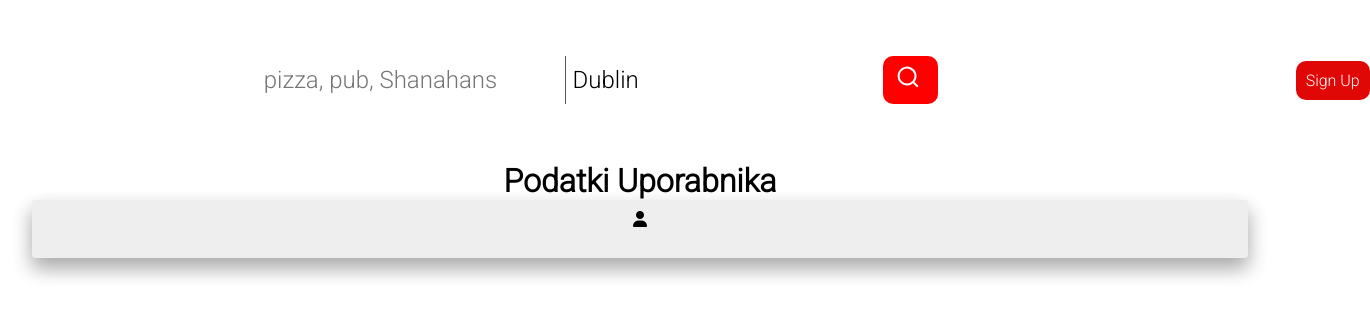
Repository: DomenJ2003/project1
Page: /user
The author's editor kept a copy of each file at every save. The page is drawn from the files as they stood at one save, then again after the next save.
The browser window is 1280 px wide. The page is 1370 px wide, so the pictures cover 1370 px, including what lies to the right of the window. The pictures show the whole page.
The page's requests for data from a server got no answer. Some web libraries are served in a nearby version. The project was rebuilt for these pictures with package versions that can differ from the ones it lists, and the page was loaded fresh each time. No one was signed in, and anything a server would have sent is missing. Also part of the build but not shown: vite.config.js, src/Components/Sections/HeroSection.css, src/Components/Sections/HeroSection.jsx, src/Components/Sections/HomePageContent.css, src/Components/Sections/HomePageContent.jsx, src/Components/Pages/HomePage.jsx, src/Components/Pages/HelpPage.jsx, src/Components/Pages/UserPage.css.

Above is the page before, as saved 2022-08-20 21:52:32.

### index.html
<!DOCTYPE html>
<html lang="en">
  <head>
    <meta charset="UTF-8" />
    <link rel="icon" type="image/svg+xml" href="/vite.svg" />
    <meta name="viewport" content="width=device-width, initial-scale=1.0" />
    <title>Poletna Šola</title>
    <script src="https://kit.fontawesome.com/76f3e76781.js" crossorigin="anonymous"></script>
  </head>
  <body>
    <div id="root"></div>
    <script type="module" src="/src/main.jsx"></script>
  </body>
</html>

### src/main.jsx
import React from 'react'
import ReactDOM from 'react-dom/client'
import HomePage from './Components/Pages/HomePage'
import App from './App'
import './index.css'

ReactDOM.createRoot(document.getElementById('root')).render(
  <>
    <App/>
    {/* <HomePage /> */}
  </>
)

### src/App.jsx
import { useState } from 'react'
import './App.css'
import Navbar  from './Components/Sections/Navbar'
import {
  BrowserRouter,
  Routes,
  Route,
} from "react-router-dom";
import HomePage from './Components/Pages/HomePage';
import HelpPage from './Components/Pages/HelpPage';
import UserPage from './Components/Pages/UserPage';

function App() {

  return(
    <>
    <BrowserRouter>
    <Navbar/>
    <Routes>
      <Route path="/" element={<HomePage />} />
      <Route path="/help" element={<HelpPage/>} />
      <Route path="/user" element={<UserPage/>} />
    </Routes>
  </BrowserRouter>
    </>
  )

}

export default App

### src/Components/Sections/Navbar.jsx
import { useState } from 'react'
import './navbar.css'
import Button from '../General/Button'
import Dropdown from '../General/Dropodown'
import Searchbar from '../General/Serchbar';


function Navbar() {

  return (

    <div className="navbar">
        <div className="logo">
            <img src="./logo.svg" alt="" />
        </div>
        <div className="findbarlinks">
            <Searchbar />
            <div className="links">
                <Dropdown name="Restaurants" links={['Delivery', 'Reservations', 'Burgers', 'Japanese', 'Chinese', 'Mexican', 'Italian', 'Thai']} />
                <Dropdown name="Home Services" links={['Contractors', 'Landscaping', 'Electricians', 'Locksmiths', 'Home Cleaners', 'Movers', 'HVAC', 'Plumbers']} />
                <Dropdown name="Auto Services" links={['Auto Repair', 'Car Dealers', 'Auto Detailing', 'Oil Change', 'Body Shops', 'Parking', 'Car Wash', 'Towing']} />
                <Dropdown name="More" links={['Dry Cleaning', 'Hair Salons', 'Phone Repair', 'Gyms', 'Bars', 'Massage', 'Nightlife', 'Shopping']} />
            </div>
        </div>
        <div className="buttons">
            <Button text="For Businesses" classtype="btn"/>
            <Button text="Write a Review" classtype="btn"/>
            <Button text="Log In" classtype="LogInBtn"/>
            <Button text="Sign Up" classtype="SignUpBtn"/>
        </div>

    </div>

  );
}

export default Navbar

### src/helper/api.js
import axios from "axios";

const API_URL = 'https://random-data-api.com/api'

async function getUsers (){
    const res = await axios.get(`${API_URL}/users/random_user?size=50`);
    return res.data;
}

async function getUser (){
    const res = await axios.get(`${API_URL}/users/random_user`);
    return res.data;
}

export {getUsers, getUser};

### src/Components/Pages/UserPage.jsx
import { useState, useEffect } from "react";
import "./UserPage.css";
import { getUser } from "../../helper/api";
import Card from "../General/Card";
import { useLocation } from "react-router-dom";

function UserPage(props) {
  //const [user, setUser] = useState({});
  const { state } = useLocation();
  const [cardData, setCardData] = useState({});

  const getData = async () => {
    const data = await getUser();
    setCardData({
      image: data.avatar,
      header: `${data.first_name} ${data.last_name}`,
      date: data.date_of_birth,
    });
  };

  useEffect(() => {
    try {
      setCardData({
        image: state.user.avatar,
        header: `${state.user.first_name} ${state.user.last_name}`,
        date: state.user.date_of_birth,
      });
    } catch (e) {
      getData();
    }
  }, []);

  return (
    <>
      <h1>Podatki Uporabnika</h1>
      <div className="cardContainer">
        <Card
          key={1}
          image={cardData.image}
          header={cardData.header}
          date={cardData.date}
          onClickFunction={() => {}}
        />
      </div>
    </>
  );
}

export default UserPage;

### src/Components/Sections/navbar.css
.navbar{
    /* position: fixed; */
    width: 100%;
    height: 130px;
    padding: 24px 40px 0;
    display: flex;
    flex-direction: row;
    justify-content: space-between;

}

.findbarlinks{
    margin-left: 5%;
    width: 60%;
    margin-bottom: 10px;

}

.links{
    height: 58px;
    display: flex;
    flex-direction: row;
    align-items: center;
    justify-content: start;
}

.arrow{
    padding-top: 3px;
}

span{
    white-space: nowrap;
}

.buttons{
    height: 48px;
    width: 30%;
    display: flex;
    flex-direction: row;
    align-items: center;
    justify-content: start;
}



/* .hero-nav-section{
    height: 70vh;
    background: linear-gradient(90deg, rgba(0, 0, 0, 0.4) 0%, rgba(0, 0, 0, 0.1) 55%), url('../../../public/background.jpg');
    background-position: center;
    background-size: cover;
} */

### src/Components/General/Button.jsx
import { useState } from 'react'
import './Button.css'

function Button(props) {


  return (
    <button className={props.classtype}>
        {props.text}
    </button>
  )
}

export default Button

### src/Components/General/Dropodown.jsx
import { useState } from 'react'
import './dropdown.css'

function Dropdown(props) {

    var links = []

    for(const link in props.links){

        links.push(<a className='dropdown-link' href="#" key={link}>{props.links[link]}</a>)
    }


  return (
    <div className="dropdown">
                <div className="link">
                    <span>
                        {props.name}
                    </span>
                    <span>
                        <svg width={24} height={24} className="arrow">
                            <path d="M12 15.25a1 1 0 01-.7-.29l-4.58-4.5A1.011 1.011 0 018.12 9L12 12.85 15.88 9a1 1 0 111.4 1.42L12.7 15a1 1 0 01-.7.25z"></path>
                        </svg>
                    </span>
                </div>
                <div className="dropdown-content">
                    {links}
                </div>
        </div>
  )
}

export default Dropdown

### src/Components/General/Serchbar.jsx
import { useState } from 'react'
import './Searchbar.css'

function Searchbar(props) {



  return (
    <form>
                <div className="findbar">
                    <div className="search">
                        <input type="text" className='input-text'  placeholder='pizza, pub, Shanahans' />
                    </div>
                    <div className="line">
                        </div>
                    <div className="city">

                    <input type="text" className='input-city' defaultValue='Dublin' />
                    </div>
                    <button className="find">
                    <svg width={30} height={30} className="search-icon">
                            <path d="M21.853 20.355l-3.444-3.443a9.428 9.428 0 10-16.761-6.171 9.428 9.428 0 0015.348 7.586l3.443 3.442a1 1 0 101.414-1.414zM5.82 16.245a7.429 7.429 0 115.253 2.175 7.38 7.38 0 01-5.253-2.176z"></path>
                        </svg>
                    </button>

                </div>
            </form>
  )
}

export default Searchbar

### src/Components/General/Card.jsx
import { useState } from "react";
import "./Card.css";

function Card(props) {
  return (
    <div className="card-container" onClick={props.onClickFunction}>
      <div className="card-header">
        <span className="card-title">
          <i className="fa-solid fa-user"></i>
          {"  "}
          {props.header}
        </span>
        <br />
        <span>{props.date}</span>
      </div>
      <div className="card-content">
        {props.content}
        <img src={props.image} className="card-image" />
      </div>
    </div>
  );
}

export default Card;

### src/Components/General/Button.css
.btn{
    background-color: transparent;
    border: none;
    color: white;
    padding: 15px 32px;
    text-align: center;
    text-decoration: none;
    display: inline-block;
    font-size: 16px;
    padding: 5px;
    white-space: nowrap;
    margin-right: 20px;
}

.btn:hover{
    border-radius: 10px;
    background-color: rgba(255, 255, 255, 0.5);
}

.SignUpBtn{
    background-color: rgba(224,7,7,1);;
    border: none;
    color: white;
    padding: 15px 32px;
    text-align: center;
    text-decoration: none;
    display: inline-block;
    font-size: 16px;
    padding: 10px;
    white-space: nowrap;
    border-radius: 10px;
    margin-right: 20px;
}

.SignUpBtn:hover{

    background-color: rgb(244,13,21);
}

.LogInBtn{
    background-color: transparent;
    border: 2px solid white;
    color: white;
    padding: 15px 32px;
    text-align: center;
    text-decoration: none;
    display: inline-block;
    font-size: 16px;
    padding: 10px;
    border-radius: 5px;
    white-space: nowrap;
    margin-right: 20px;
}

.LogInBtn:hover{
    background-color: rgba(255, 255, 255, 0.5);
}

### src/Components/General/dropdown.css

.link{
    height: 20px;
    color: #fff;
    fill: #fff;
    margin-left: 20px;
    padding: 0 30px;
    padding-bottom: 20px;
    display: flex;
    flex-direction: row;
    align-items: center;
    cursor: pointer;
    border-bottom: 2px solid transparent;
}

.link:hover{
    border-bottom: 2px solid red;
}

/* drop down */

.dropdown {
    position: relative;
    display: inline-block;
  }

  /* Dropdown Content (Hidden by Default) */
  .dropdown-content {
    display: none;
    position: absolute;
    background-color: #f9f9f9;
    min-width: 160px;
    box-shadow: 0px 8px 16px 0px rgba(0,0,0,0.2);
    z-index: 1;
    margin-left: 20px;
    border-top-right-radius: 15px;
    border-bottom-right-radius: 15px;
    border-bottom-left-radius: 15px;
    padding: 10px;

  }

  .dropdown-content a:nth-child(2){
    border-top-right-radius: 15px;

  }

  .dropdown-content a:last-child{
    border-bottom-right-radius: 15px;

  }

  .dropdown-content a:nth-last-child(2){
    border-bottom-left-radius: 15px;

  }



  /* Links inside the dropdown */
  .dropdown-content a {
    color: black;
    padding: 12px 16px;
    text-decoration: none;
    display: block;
    white-space: nowrap;
  }



  .dropdown-content a:hover {
    background-color: rgba(0,0,0,0.2);
    border-radius: 15px;
  }

  .dropdown:hover .dropdown-content {
    display: grid;
    grid-template-columns: 1fr 1fr;
    gap: 5px;
  }

  .dropdown:hover .dropbtn {
    background-color: #3e8e41;
  }

### src/Components/General/Searchbar.css
.input-text{
    height: 100%;
    width: 100%;
    font-size: 24px;
    padding: 5px;
    border-top-left-radius: 5px;
    border-bottom-left-radius: 5px;
    border: 2px solid #fff;
}

.input-city{
    height: 100%;
    width: 100%;
    font-size: 24px;
    padding: 5px;
    border-top-right-radius: 5px;
    border-bottom-right-radius: 5px;
    border: 2px solid #fff;
}

input:focus{
    outline: none;
}

.find:focus{
    outline: none;
}

.line{
    width: 1px;
    background-color:#565656;
}

.search-icon{
    color: #fff;
    fill: #fff;
}
.findbar{

    height: 48px;
    display: flex;
    flex-direction: row;
}


.find{
    background-color: red;
    width: 56px;
    height: 48px;
    color: #fff;
    display: flex;
    align-items: center;
    justify-content: center;
    border-radius: 10px;
    margin-left: 10px;
    border: none;
}

.search{
    width: calc(50% - 28px);
    height: 48px;

}

.city{
    width: calc(50% - 28px);
    height: 48px;

}

### src/Components/General/Card.css
.card-container{
    display: flex;
    border-radius: 3px;
    flex-direction: column;
    background-color: #eee;
    box-shadow:  rgba(0, 0, 0, 0.19) 0px 10px 20px,
    rgba(0, 0, 0, 0.19) 0px 10px 20px;

}

.card-header{
    padding: 10px;
}

.card-image{
    width: 100%;
    height: 100%;
}

.card-title{
    font-weight: bold;
}

Loaded but not shown: src/index.css (common file); src/App.css (common file); src/Components/Pages/HomePage.css (no stored copy; drawn as an empty file)

After the next save:
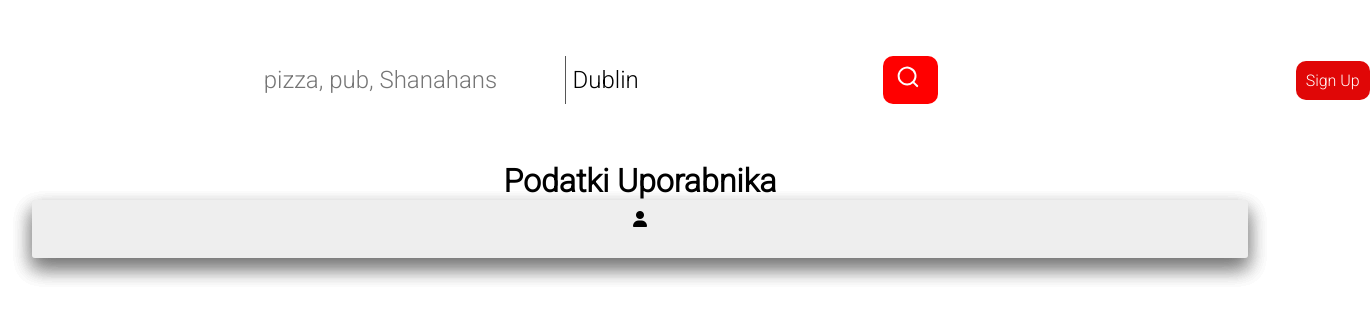
Saved 5 s later.
--- a/src/Components/Pages/UserPage.jsx
+++ b/src/Components/Pages/UserPage.jsx
@@ -33,7 +33,7 @@
   return (
     <>
       <h1>Podatki Uporabnika</h1>
-      <div className="cardContainer">
+      <div className="card-container">
         <Card
           key={1}
           image={cardData.image}
